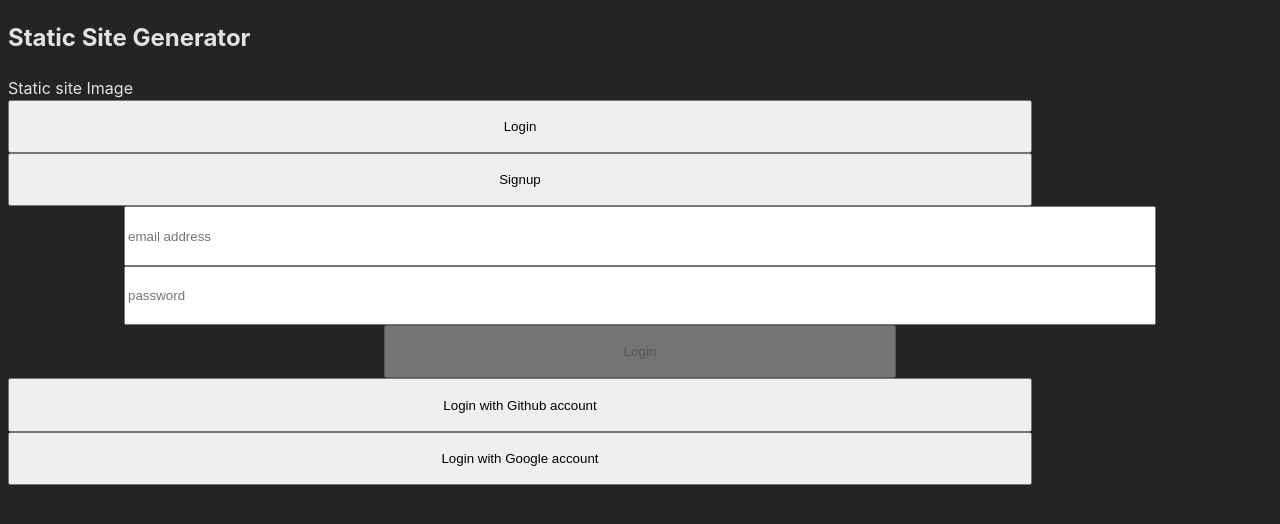
Repository: ValGrace/static-site-generator
Page: / (app in client-frontend/)
These files come from the project's save history. The page is drawn as it stood at one moment and after the next save; the edit follows.
The browser window is 1280 px wide. The pictures show the whole page.
The project was rebuilt for these pictures with package versions that can differ from the ones it lists, and the page was loaded fresh each time. Also part of the build but not shown: client-frontend/vite.config.js, client-frontend/src/Components/Signup.jsx, client-frontend/src/App.css.

Above is the page before, as saved 2023-02-04 12:36:47.

After the next save:
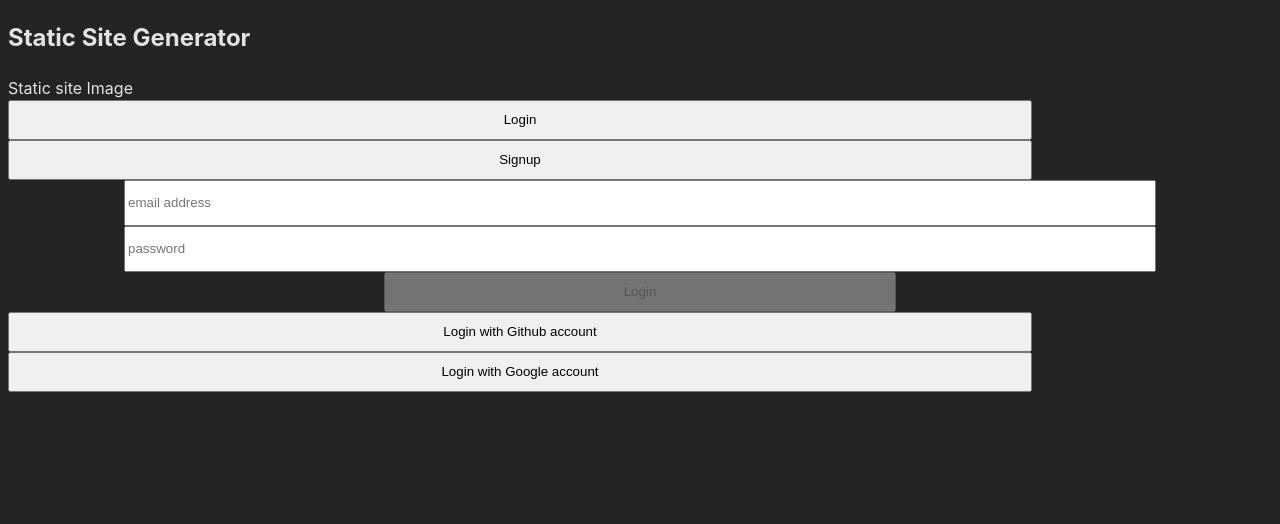
Saved 10 s later.
--- a/client-frontend/src/Components/Inputs.css
+++ b/client-frontend/src/Components/Inputs.css
@@ -6,7 +6,7 @@
 }
 input, button {
     width: 80vw;
-    height: 4em;
+    height: 3em;
 }
 
 #sign {
